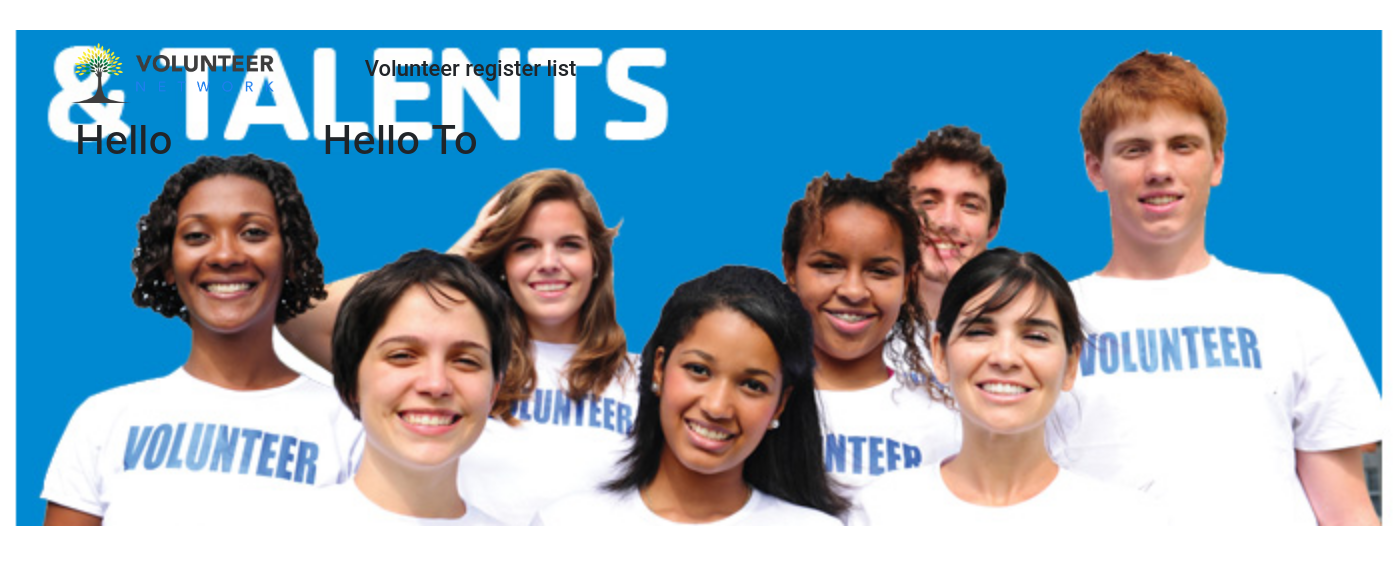
Repository: MdTahsinAmin/volunteer-network-client
Page: /adminPanel
The author's editor kept a copy of each file at every save. The page is drawn from the files as they stood at one save, then again after the next save.
The browser window is 1280 px wide. The page is 1400 px wide, so the pictures cover 1400 px, including what lies to the right of the window. The pictures show the whole page.
The project was rebuilt for these pictures with package versions that can differ from the ones it lists, and the page was loaded fresh each time.

Above is the page before, as saved 2020-10-04 23:09:41.

### public/index.html
<!DOCTYPE html>
<html lang="en">
  <head>
    <meta charset="utf-8" />
    <link rel="icon" href="%PUBLIC_URL%/favicon.ico" />
    <meta name="viewport" content="width=device-width, initial-scale=1" />
    <meta name="theme-color" content="#000000" />
    <meta
      name="description"
      content="Web site created using create-react-app"
    />
    <link rel="apple-touch-icon" href="%PUBLIC_URL%/logo192.png" />
    <!--
      manifest.json provides metadata used when your web app is installed on a
      user's mobile device or desktop. See https://developers.google.com/web/fundamentals/web-app-manifest/
    -->
    <link rel="manifest" href="%PUBLIC_URL%/manifest.json" />
    <!--
      Notice the use of %PUBLIC_URL% in the tags above.
      It will be replaced with the URL of the `public` folder during the build.
      Only files inside the `public` folder can be referenced from the HTML.

      Unlike "/favicon.ico" or "favicon.ico", "%PUBLIC_URL%/favicon.ico" will
      work correctly both with client-side routing and a non-root public URL.
      Learn how to configure a non-root public URL by running `npm run build`.
    -->
    <title>Volunteer Network</title>
  </head>
  <body>
    <noscript>You need to enable JavaScript to run this app.</noscript>
    <div id="root"></div>
    <!--
      This HTML file is a template.
      If you open it directly in the browser, you will see an empty page.

      You can add webfonts, meta tags, or analytics to this file.
      The build step will place the bundled scripts into the <body> tag.

      To begin the development, run `npm start` or `yarn start`.
      To create a production bundle, use `npm run build` or `yarn build`.
    -->
  </body>
</html>

### src/App.js
import React from 'react';
import './App.css';
import Header from './components/Header/Header';
import {
  BrowserRouter as Router,
  Switch,
  Route,
  Link
} from "react-router-dom";
import AdminPanel from './components/AdminPanel/AdminPanel';
function App() {
  return (
    <div className="App">
     <Router>
      <Switch>
        <Route path ='/home'>
         <Header navbar={true}></Header>
        </Route>
        <Route path="/adminPanel">
           <div>
           <Header navbar={false}></Header>
           <AdminPanel/>
           </div>
        </Route>
        <Route exact path="/">
           <Header navbar={true}></Header>
        </Route>
      </Switch>
     </Router>
    </div>
  );
}

export default App;

### src/App.css
.App {
    background-image:url('./logos/Volunteer_Image.jpg');
    background-repeat: no-repeat;
    background-size: cover;
    background-position: center;
    width: 1400px;
    height: 496px;
    left: 1px;
    top: -1px;
}

.App-logo {
  height: 40vmin;
  pointer-events: none;
}

@media (prefers-reduced-motion: no-preference) {
  .App-logo {
    animation: App-logo-spin infinite 20s linear;
  }
}

.App-header {
  background-color: #282c34;
  min-height: 100vh;
  display: flex;
  flex-direction: column;
  align-items: center;
  justify-content: center;
  font-size: calc(10px + 2vmin);
  color: white;
}

.App-link {
  color: #61dafb;
}

@keyframes App-logo-spin {
  from {
    transform: rotate(0deg);
  }
  to {
    transform: rotate(360deg);
  }
}

### src/components/Header/Header.js
import React from 'react';
import { Link, useHistory } from 'react-router-dom';
import './Header.css'
import volunteerLogo from '../../logos/volunteer.png';
import { styled } from '@material-ui/core/styles';
import Button from '@material-ui/core/Button';

// Material Button

const MyButton = styled(Button)({
    background: 'linear-gradient(45deg, #3F90FC 30%, #3F90FC 90%)',
    border: 0,
    borderRadius: '6px',
    color: 'white',
    height: 48,
    padding: '14px 43px',
    marginRight:'15px',
    marginLeft:'9px',
    cursor:'pointer'
  });

  const AdminBtn = styled(Button)({
    background: 'linear-gradient(45deg, #434141 30%, #434141 90%)',
    border: 0,
    borderRadius: '6px',
    color: 'white',
    height: 48,
    padding: '14px 43px',
    marginRight:'15px',
    cursor:'pointer'
  })

const Header = (props) => {

    const history = useHistory();

    const handleAdminPanel = () =>{
         history.push('/adminPanel');
    }


    return (
      <div className="header">
          <div className={props.navbar ? "container" : 'adminPanel'}>
          <nav className="navbar navbar-expand-lg navbar-light">
            <Link to='/home' className="navbar-brand"><img className={props.navbar ?'volunteerLogo':'Logo'} src={volunteerLogo} alt=""/></Link>
            <button className="navbar-toggler" type="button" data-toggle="collapse" data-target="#navbarSupportedContent" aria-controls="navbarSupportedContent" aria-expanded="false" aria-label="Toggle navigation">
                <span className="navbar-toggler-icon"></span>
            </button>
            {
                !props.navbar && <h5 className="volunteer-list">Volunteer register list</h5>
            }
            {
                props.navbar &&  <div className="collapse navbar-collapse" id="navbarSupportedContent">
                <ul className="navbar-nav ml-auto">
                <li className="nav-item">
                    <Link className="nav-link item-nav">Home</Link>
                </li>
                <li className="nav-item">
                    <Link className="nav-link item-nav">Donation</Link>
                </li>
                <li className="nav-item">
                    <Link className="nav-link item-nav">Events</Link>
                </li>
                <li className="nav-item">
                    <Link className="nav-link item-nav">Blog</Link>
                </li>
                <li className="nav-item">
                    <MyButton>Register</MyButton>
                </li>
                <li className="nav-item">
                   <AdminBtn
                     onClick={handleAdminPanel}
                   >Admin
                   </AdminBtn>
                </li>
                </ul>
            </div>
            }
            </nav>
      </div>
   </div>
    );
};

export default Header;

### src/components/AdminPanel/AdminPanel.js
import React from 'react';
import './AdminPanel.css';
const AdminPanel = () => {
    return (
        <div className="adminPanel-section">
            <div className="section-panel">
                 <h1>Hello</h1>
            </div>
            <div className='Volunteer-list'>
                 <h1>Hello To </h1>
            </div>
        </div>
    );
};

export default AdminPanel;

### src/components/Header/Header.css
.volunteerLogo{
    width: 202.81px;
    height: 60px;
    left: 88px;
    top: 44px;
}
.header{
    margin-top: 30px;
}
.nav-link{
    font-family: Montserrat;
    font-style: normal;
    font-weight: 500;
    font-size: 20px;
    text-align: center;
    color: #0B0B0B;
}

### src/components/AdminPanel/AdminPanel.css
.adminPanel{
    margin-right:20px;
}
.Logo{
    width: 202.81px;
    height: 60px;
    left: 88px;
    top: 44px;
    margin-left:55px;
}
.volunteer-list{
    margin-left:75px;
    font-family: Roboto;
    font-style: normal;
    font-weight: 500;
    font-size: 22px;
}
.adminPanel-section{
    display:flex;
}
.section-panel{
    margin-left:75px;
}
.Volunteer-list{
    width:75%;
    margin-left:150px;
}

Loaded but not shown: src/index.js (common file); src/index.css (common file); src/serviceWorker.js (common file)

After the next save:
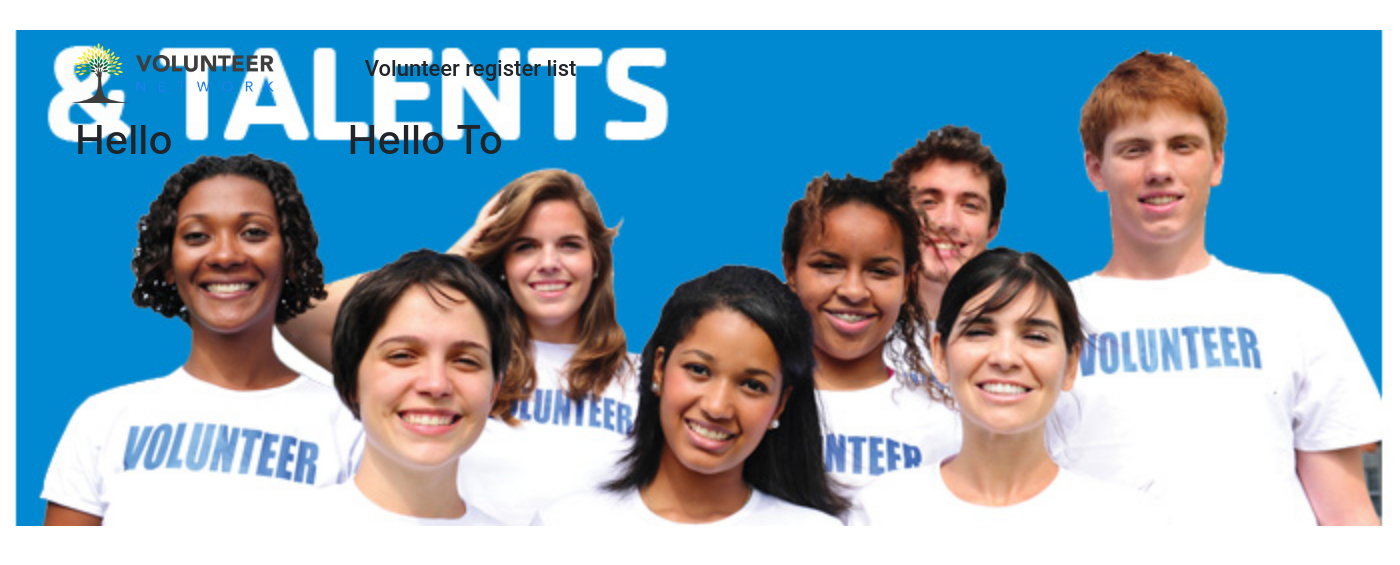
Saved 32 s later.
--- a/src/components/AdminPanel/AdminPanel.css
+++ b/src/components/AdminPanel/AdminPanel.css
@@ -23,5 +23,5 @@
 }
 .Volunteer-list{
     width:75%;
-    margin-left:150px;
+    margin-left:175px;
 }
